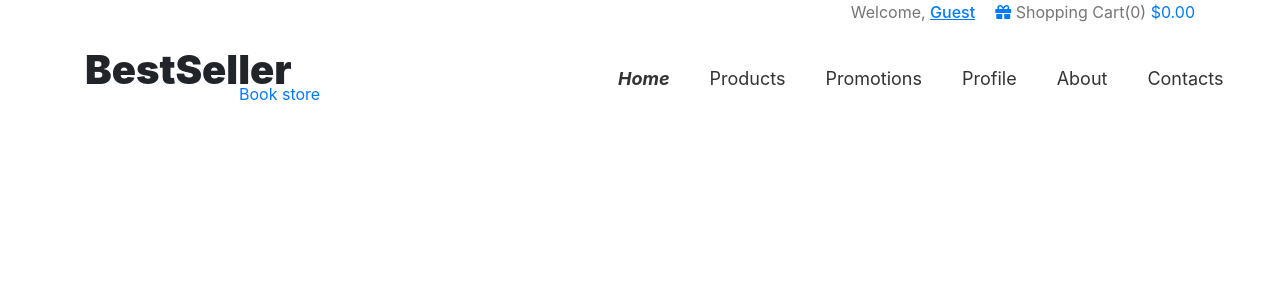
Repository: phunobi1807/BestSeller
Page: index.html
An editor plug-in stored every save of this project. The page is shown before and after the next save, followed by the edit.
The browser window is 1280 px wide. The pictures show the whole page.

Above is the page before, as saved 2021-06-28 22:42:23.

### index.html
<!DOCTYPE html>
<html lang="en">
<head>
    <meta charset="UTF-8">
    <meta http-equiv="X-UA-Compatible" content="IE=edge">
    <meta name="viewport" content="width=device-width, initial-scale=1.0">
    <title>BestSeller</title>
    <link rel="stylesheet" href="./css/style.css">
</head>
<body>
    <header id="header">
        <div class="container">
            <div class="top-header">
                <div class="top-nav">
                    <p class="top-nav__text">Welcome, <a href="#" class="top-nav__text-link">Guest</a></p>
                    <div class="top-nav__shopping-cart">
                        <i  class="top-nav__icon fas fa-gift"></i>
                        <span class="top-nav__cart">Shopping Cart(0) <a href="#">$0.00</a></span>
                    </div>
                </div>
                <div class="navigation">
                    <div class="row">
                        <div class="col-lg-4">
                            <div class="navigation-logo">
                                <div class="navigation-logo__text">
                                    <span class="navigation-logo__text-big">BestSeller</span>
                                    <span class="navigation-logo__text-small">Book store</span>
                                </div>
                            </div>
                        </div>
                        <div class="col-lg-6">
                           <ul class="navigation-menu">
                               <li class="navigation-menu__item navigation-menu__item--active" >Home</li>
                               <li class="navigation-menu__item">Products</li>
                               <li class="navigation-menu__item">Promotions</li>
                               <li class="navigation-menu__item">Profile</li>
                               <li class="navigation-menu__item">About</li>
                               <li class="navigation-menu__item">Contacts</li>
                           </ul>
                        </div>
                    </div>
                </div>
            </div>
        </div>
    </header>
    <div id="content">

    </div>
<link rel="stylesheet" href="https://use.fontawesome.com/releases/v5.15.3/css/all.css" integrity="sha384-SZXxX4whJ79/gErwcOYf+zWLeJdY/qpuqC4cAa9rOGUstPomtqpuNWT9wdPEn2fk" crossorigin="anonymous">
<link rel="stylesheet" href="https://maxcdn.bootstrapcdn.com/bootstrap/4.5.2/css/bootstrap.min.css">
<script src="https://ajax.googleapis.com/ajax/libs/jquery/3.5.1/jquery.min.js"></script>
<script src="https://cdnjs.cloudflare.com/ajax/libs/popper.js/1.16.0/umd/popper.min.js"></script>
<script src="https://maxcdn.bootstrapcdn.com/bootstrap/4.5.2/js/bootstrap.min.js"></script>
</body>
</html>

### css/style.css
@import url(https://fonts.googleapis.com/css2?family=Roboto:wght@100;200;300;400;500;600;800;900&display=swap);
:root {
    --color-primary: #007bff;
}

* {
    box-sizing: inherit;
}

html {
    box-sizing: border-box;
    margin: 0;
    font-family: 'Roboto', sans-serif;
}

/* top nav  */

.top-nav {
    display: flex;
    justify-content: flex-end;
}

.top-nav__text {
    padding: 0 20px;
}

.top-nav__text-link {
    font-weight: 500;
    text-decoration: underline;
}

.top-nav__text, .top-nav__cart {
    color: #767575;
}

.top-nav__icon {
    color: var(--color-primary);
}

/* logo-menu  */

.navigation-logo {
    position: relative;
}

.navigation-logo__text-big {
    font-size: 40px;
    font-weight: 900;
}

.navigation-logo__text-small {
    position: absolute;
    bottom: 0;
    left: 44%;
    top: 70%;
    color: var(--color-primary);
}

/* Danh sach menu  */

.navigation-menu {
    display: flex;
    line-height: 78px;
    list-style: none;
    padding: 0 133px;
}

.navigation-menu__item--active {
    font-style: italic;
    font-weight: bold;
}

.navigation-menu__item {
    font-size: 18px;
    color: #333;
    margin: 0 20px;
}

/* Content  */

After the next save:
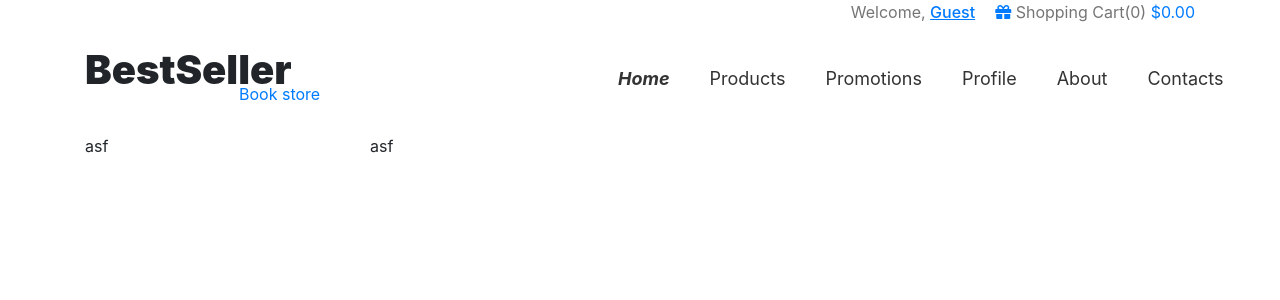
Saved 51 s later.
--- a/index.html
+++ b/index.html
@@ -44,7 +44,12 @@
         </div>
     </header>
     <div id="content">
-
+        <div class="container">
+            <div class="row">
+                <div class="col-lg-3">asf</div>
+                <div class="col-lg-7">asf</div>
+            </div>
+        </div>
     </div>
 <link rel="stylesheet" href="https://use.fontawesome.com/releases/v5.15.3/css/all.css" integrity="sha384-SZXxX4whJ79/gErwcOYf+zWLeJdY/qpuqC4cAa9rOGUstPomtqpuNWT9wdPEn2fk" crossorigin="anonymous">
 <link rel="stylesheet" href="https://maxcdn.bootstrapcdn.com/bootstrap/4.5.2/css/bootstrap.min.css">
